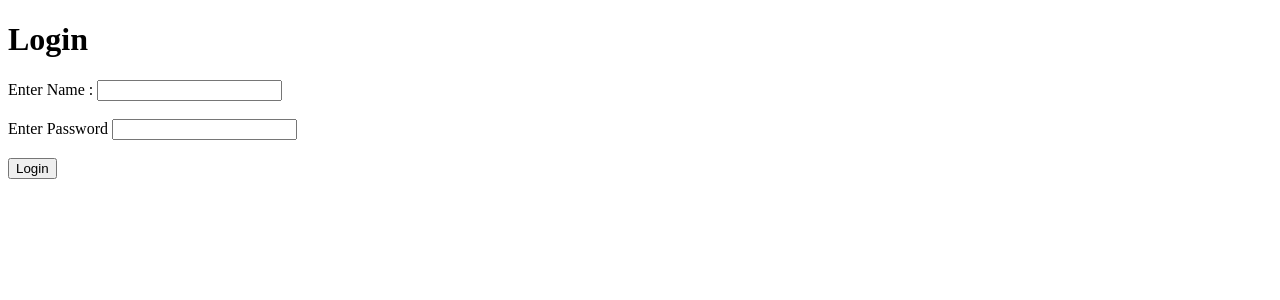
Repository: Vishalrathod8788/JEE
Page: Login/WebContent/index.html
These files come from the project's save history. The page is drawn as it stood at one moment and after the next save; the edit follows.
The browser window is 1280 px wide. The pictures show the whole page.

Above is the page before, as saved 2023-07-07 11:40:22.

After the next save:
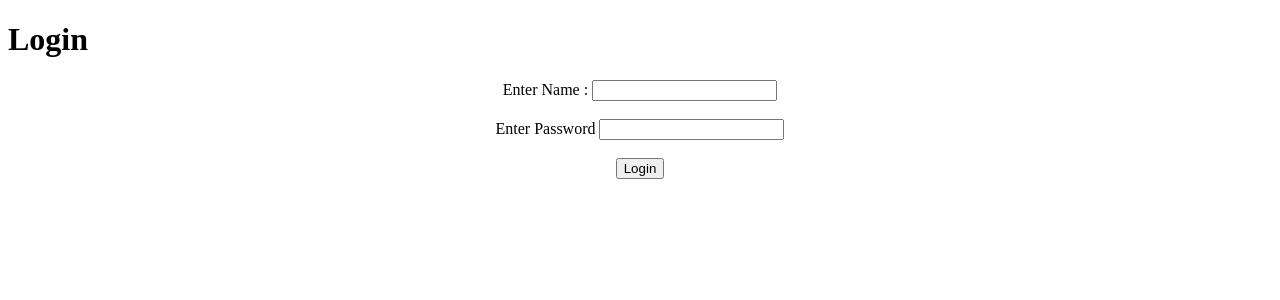
Saved 27 s later.
--- a/Login/WebContent/index.html
+++ b/Login/WebContent/index.html
@@ -6,7 +6,7 @@
 </head>
 <body>
 	<h1>Login</h1>
-	<form method="post">
+	<form method="post" style="text-align: center;">
 		Enter Name :
 		<input type="text" name="txtName" /><br /><br />
 		Enter Password
